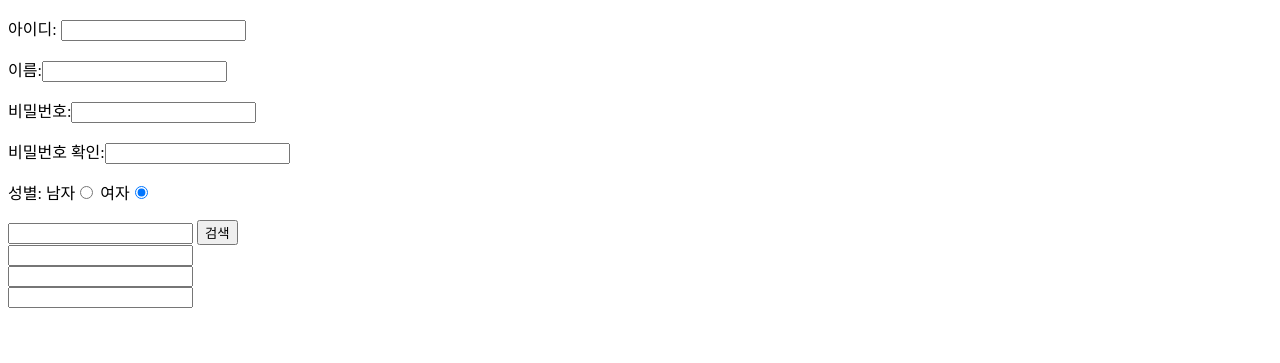
Repository: zoselakt/My_practice_JSP
Page: http://localhost/day08/join.jsp
The author's editor kept a copy of each file at every save. The page is drawn from the files as they stood at one save, then again after the next save.
The browser window is 1280 px wide. The pictures show the whole page.
The page is served by Tomcat 9. Other server files are loaded and not shown.

Above is the page before, as saved 2022-03-01 08:59:05.

### day08/WebContent/join.jsp
<%@ page language="java" contentType="text/html; charset=UTF-8"
    pageEncoding="UTF-8"%>
<!DOCTYPE html>
<html>
<head>
<meta charset="UTF-8">
<title>회원가입</title>
</head>
<body>
	<form action="join_db.jsp" method="post" name="joinForm">
		<p>
			<label>아이디: <input type="text" name="id"></label>
		</p>

		<p id="result"></p>
		<p><label>이름:<input type="text" name="name"></label></p>
		<p><label>비밀번호:<input type="password" name="password"></label></p>
		<p><label>비밀번호 확인:<input type="password" name="password_re"></label></p>
		<p>
			성별:
			남자<input type="radio" name="gender" value="남자" checked>
			여자<input type="radio" name="gender" value="남자" checked>
		</p>

		<p>
			<label>
				<input type="text" name="" class="postcodify_postcode5" value="" />
				<button id="postcodify_search_button">검색</button><br />
			</label>

<input type="text" name="" class="postcodify_address" value="" /><br />
<input type="text" name="" class="postcodify_details" value="" /><br />
<input type="text" name="" class="postcodify_extra_info" value="" /><br />
	</form>
</body>
</html>

After the next save:
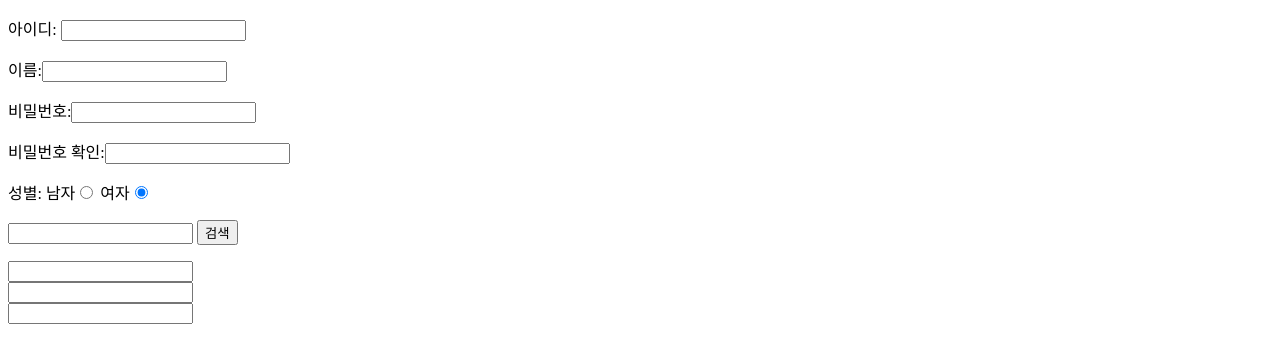
Saved 8 s later.
--- a/day08/WebContent/join.jsp
+++ b/day08/WebContent/join.jsp
@@ -27,7 +27,7 @@
 				<input type="text" name="" class="postcodify_postcode5" value="" />
 				<button id="postcodify_search_button">검색</button><br />
 			</label>
-
+		</p>
 <input type="text" name="" class="postcodify_address" value="" /><br />
 <input type="text" name="" class="postcodify_details" value="" /><br />
 <input type="text" name="" class="postcodify_extra_info" value="" /><br />
